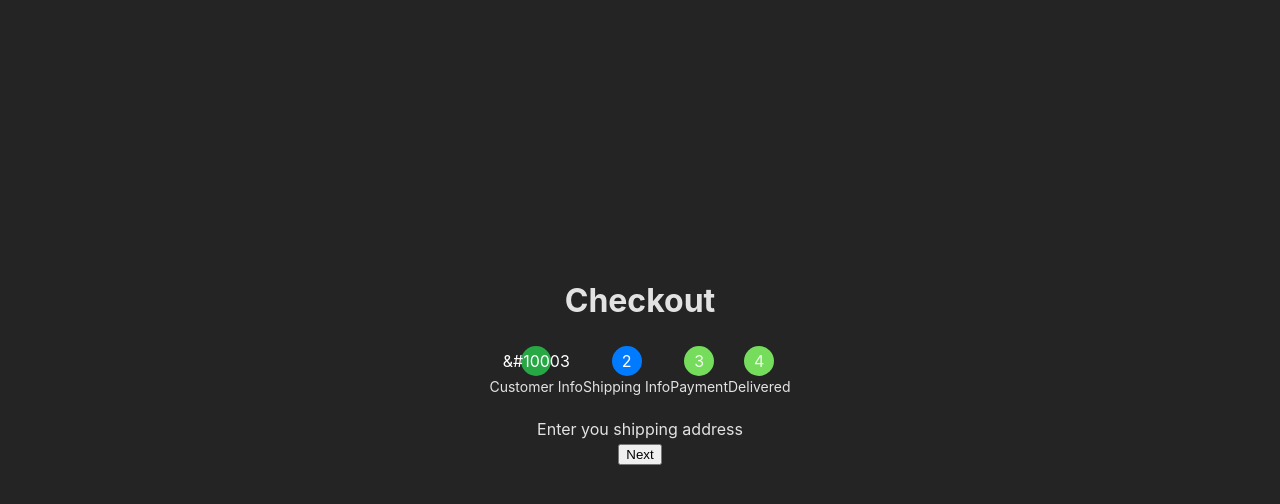
Repository: s-babaeizadeh/stepper-react
Page: /, after clicking the first element matching `button.btn`
These files come from the project's save history. The page is drawn as it stood at one moment and after the next save; the edit follows.
The browser window is 1280 px wide. The pictures show the whole page.
The project was rebuilt for these pictures with package versions that can differ from the ones it lists, and the page was loaded fresh each time. Also part of the build but not shown: vite.config.js.

Above is the page before, as saved 2024-08-10 11:19:49.

### src/App.jsx
import { Component, useState } from "react";

import "./App.css";
import CheckoutSteeper from "./components/CheckoutSteeper";

const CHECKOUT_STEPS = [
  {
    name: "Customer Info",
    Component: () => <div>Provide your contact details</div>,
  },
  {
    name: "Shipping Info",
    Component: () => <div>Enter you shipping address</div>,
  },
  {
    name: "Payment",
    Component: () => <div>Complete payment for your order</div>,
  },
  {
    name: "Delivered",
    Component: () => <div>Your order has been delivered</div>,
  },
];

function App() {
  return (
    <>
      <h1>Checkout</h1>
      <CheckoutSteeper stepsConfig={CHECKOUT_STEPS} />
    </>
  );
}

export default App;

### src/index.css
:root {
  font-family: Inter, system-ui, Avenir, Helvetica, Arial, sans-serif;
  line-height: 1.5;
  font-weight: 400;

  color-scheme: light dark;
  color: rgba(255, 255, 255, 0.87);
  background-color: #242424;

  font-synthesis: none;
  text-rendering: optimizeLegibility;
  -webkit-font-smoothing: antialiased;
  -moz-osx-font-smoothing: grayscale;
}

body {
  margin: 0;
  display: flex;
  place-items: center;
  min-width: 320px;
  min-height: 100vh;
}

.stepper {
  position: relative;
  display: flex;
  align-items: center;
  justify-content: space-between;
  margin-bottom: 20px;
}

.step {
  display: flex;
  flex-direction: column;
  align-items: center;
  position: relative;
}

.step-number {
  width: 30px;
  height: 30px;
  border-radius: 50%;
  background-color: #75dd5b;
  display: flex;
  justify-content: center;
  align-items: center;
  z-index: 2;
}

.step-name {
  font-size: 14px;
}

### src/App.css
#root {
  /* max-width: 1280px; */
  margin: 0 auto;
  padding: 2rem;
  text-align: center;
}

.step-name {
  font-size: 14px;
}

.active .step-number {
  background-color: #007bff;
  color: #fff;
}

.complete .step-number {
  background-color: #28a745;
  color: #fff;
}

### src/components/CheckoutSteeper.jsx
import React, { useState } from "react";

const CheckoutSteeper = ({ stepsConfig = [] }) => {
  const [currentStep, setCurrentStep] = useState(1);
  const [isComplete, setIsComplete] = useState(false);

  if (!stepsConfig.length) {
    return <></>;
  }

  const handleNext = () => {
    setCurrentStep((prevStep) => {
      if (prevStep === stepsConfig.length) {
        setIsComplete(true);
        return prevStep;
      } else {
        return prevStep + 1;
      }
    });
  };

  const ActiveComponent = stepsConfig[currentStep - 1]?.Component;

  return (
    <>
      <div className="stepper">
        {stepsConfig.map((step, index) => {
          return (
            <div
              key={step.name}
              className={`step ${
                currentStep > index + 1 || isComplete ? "complete" : ""
              } ${currentStep === index + 1 ? "active" : " "}`}
            >
              <div className="step-number">
                {currentStep > index + 1 || isComplete ? (
                  <span>&#10003</span>
                ) : (
                  index + 1
                )}
              </div>
              <div className="step-name">{step.name}</div>
            </div>
          );
        })}
      </div>

      <ActiveComponent />

      {!isComplete && (
        <button className="btn" onClick={handleNext}>
          {currentStep === stepsConfig.length ? "Finish" : "Next"}
        </button>
      )}
    </>
  );
};

export default CheckoutSteeper;

Loaded but not shown: index.html (common file); src/main.jsx (common file)

After the next save:
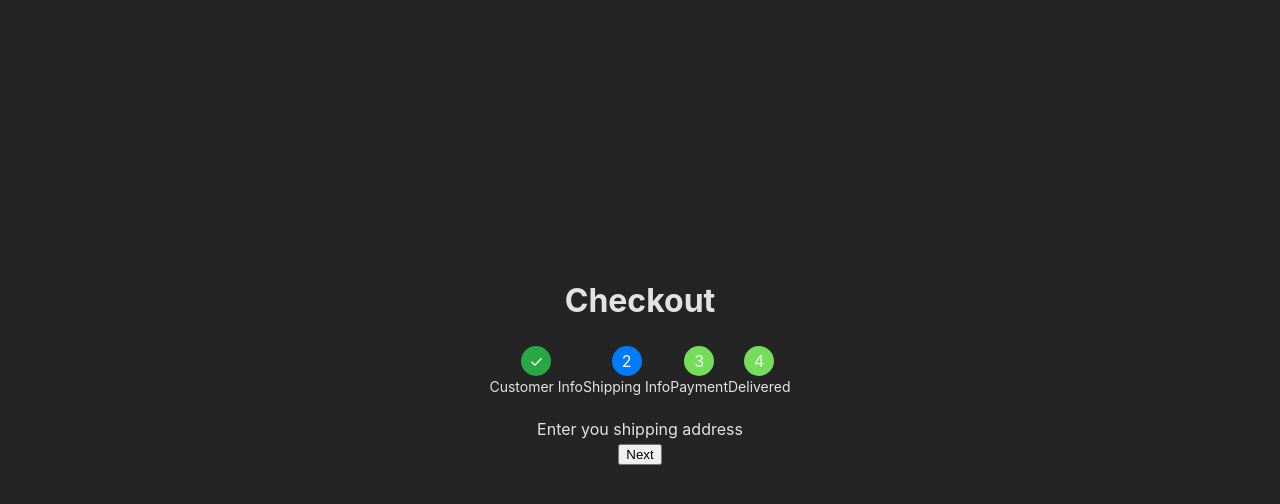
Saved 46 s later.
--- a/src/components/CheckoutSteeper.jsx
+++ b/src/components/CheckoutSteeper.jsx
@@ -34,7 +34,7 @@ const CheckoutSteeper = ({ stepsConfig = [] }) => {
             >
               <div className="step-number">
                 {currentStep > index + 1 || isComplete ? (
-                  <span>&#10003</span>
+                  <span>&#10003;</span>
                 ) : (
                   index + 1
                 )}
